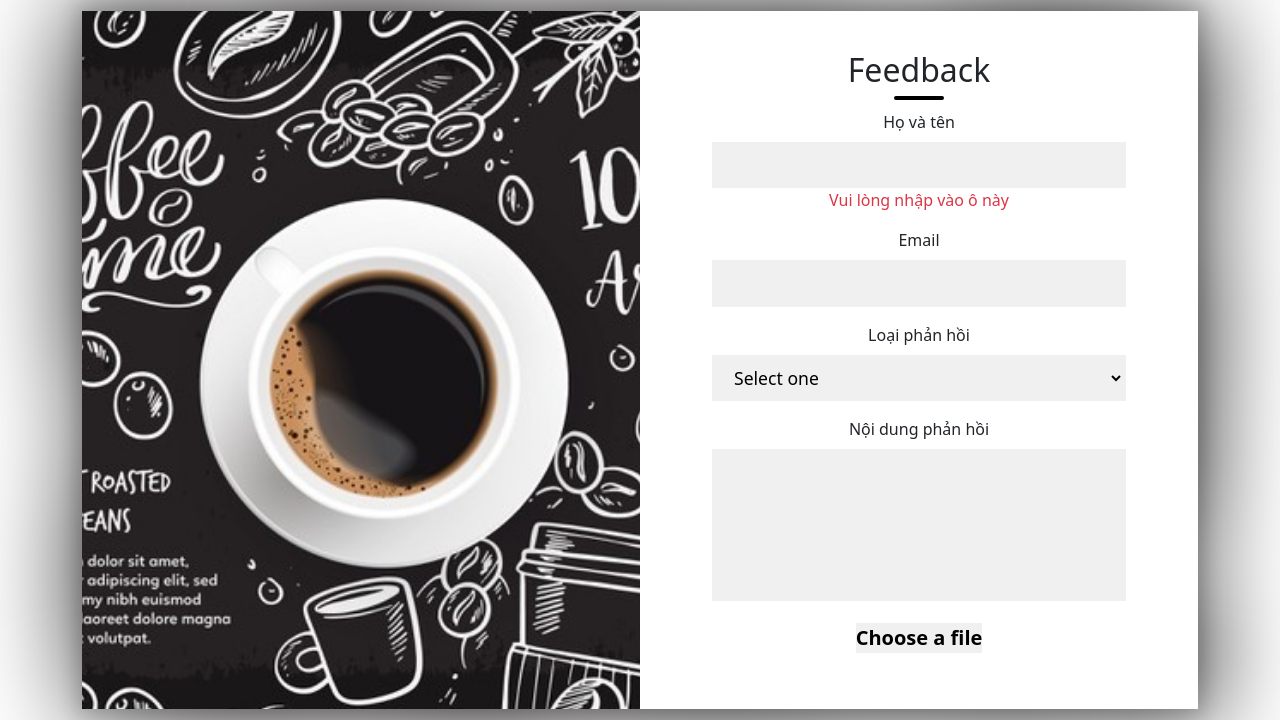
Repository: LeDongGyC/html-css
Page: HTML CSS/prototype/index.html
An editor plug-in stored every save of this project. The page is shown before and after a run of saves, followed by the edit.
The browser window is 1280 px wide. The pictures show the whole page.
The style sheet was rebuilt from its Sass, Less or Tailwind sources for each picture, by a compiler version that may differ from the author's.

Above is the page before, as saved 2023-05-24 10:31:05.

### HTML CSS/prototype/index.html
<!doctype html>
<html lang="en">

<head>
  <title>Title</title>
  <!-- Required meta tags -->
  <meta charset="utf-8">
  <meta name="viewport" content="width=device-width, initial-scale=1, shrink-to-fit=no">
  <link rel="stylesheet" href="style.css">
  <link rel="stylesheet" href="reset.css">
  <!-- <script src="index.js"></script> Bootstrap CSS v5.2.1 -->
  <script>
    var inputs = document.querySelectorAll('.inputfile');
    Array.prototype.forEach.call(inputs, function (input) {
      var label = input.nextElementSibling,
        labelVal = label.innerHTML;
      input.addEventListener('change', function (e) {
        var fileName = '';
        if (this.files && this.files.length > 1)
          fileName = (this.getAttribute('data-multiple-caption') || '').replace('{count}', this.files.length);
        else
          fileName = e.target.value.split('\\').pop();

        if (fileName)
          label.querySelector('span').innerHTML = fileName;
        else
          label.innerHTML = labelVal;
      });
    });
  </script>
  <link href="https://cdn.jsdelivr.net/npm/bootstrap@5.2.1/dist/css/bootstrap.min.css" rel="stylesheet"
    integrity="sha384-iYQeCzEYFbKjA/T2uDLTpkwGzCiq6soy8tYaI1GyVh/UjpbCx/TYkiZhlZB6+fzT" crossorigin="anonymous">

</head>

<body>
  <div class="container">
    <div class="feedback-box">
      <div class="feedback-box_left"></div>
      <div class="feedback-box_right">
        <h2 class="feedback-box_right-title">Feedback</h2>
        <div class="mb-3">
          <label for="name" class="form-label">Họ và tên</label>
          <input type="text" class=" feedback-box_right-item" name="" id="name" aria-describedby="helpId"
            placeholder="">
            <span class="text-danger">Vui lòng nhập vào ô này</span>
        </div>
        <div class="mb-3">
          <label for="email" class="form-label">Email</label>
          <input type="text" class=" feedback-box_right-item" name="" id="email" aria-describedby="helpId"
            placeholder="">
        </div>
        <div class="mb-3">
          <label for="" class="form-label">Loại phản hồi</label>
          <select class="feedback-box_right-item " name="" id="">
            <option selected disabled>Select one</option>
            <option value="" class="feedback-box_right-item-selected">Option 1</option>
            <option value="" class="feedback-box_right-item-selected">Option 2</option>
            <option value="" class="feedback-box_right-item-selected">Option 3</option>
          </select>
        </div>
        <div class="mb-3">
          <label for="feedback" class="form-label">Nội dung phản hồi</label>
          <textarea type="" class=" feedback-box_right-item" name="" id="feedback" aria-describedby="helpId"
            placeholder="" rows="5"></textarea>
        </div>
        <div class="mb-3">
          <input type="file" name="file" id="file" class="inputfile" data-multiple-caption="{count} files selected"
            multiple />
          <label for="file">Choose a file</label>
        </div>
      </div>
    </div>
  </div>
  <!-- Bootstrap JavaScript Libraries -->
  <!-- <script src="https://cdn.jsdelivr.net/npm/@popperjs/core@2.11.6/dist/umd/popper.min.js"
    integrity="sha384-oBqDVmMz9ATKxIep9tiCxS/Z9fNfEXiDAYTujMAeBAsjFuCZSmKbSSUnQlmh/jp3" crossorigin="anonymous">
    </script>

  <script src="https://cdn.jsdelivr.net/npm/bootstrap@5.2.1/dist/js/bootstrap.min.js"
    integrity="sha384-7VPbUDkoPSGFnVtYi0QogXtr74QeVeeIs99Qfg5YCF+TidwNdjvaKZX19NZ/e6oz" crossorigin="anonymous">
    </script> -->
</body>

</html>

### HTML CSS/prototype/style.scss
* {
  box-sizing: border-box;
}
html {
  font-size: 62.5%;
}
body {
  font-size: 1.6rem;
  font-family: "Arial", sans-serif;
  font-weight: normal;
  height: 100vh;
  width: 100%;
}
.container {
  position: relative;
  width: 180%;
  height: 100%;
  display: flex;
  justify-content: center;
  align-items: center;
  padding: 2rem 10rem;
  &::after {
    content: "";
    position: absolute;
    width: 100%;
    height: 100%;
    left: 0;
    top: 0;
    background: url("cafe.jpg") no-repeat center;
    background-size: cover;
    filter: blur(50px);
    z-index: -1;
  }
}
.feedback-box {
  max-width: 85rem;
  // min-width: 70vw;
  display: grid;
  grid-template-columns: repeat(2, 1fr);
  justify-content: center;
  align-items: center;
  text-align: center;
  background-color: #fff;
  box-shadow: 0px 0px 19px 5px rgba(0, 0, 0, 0.19);
  &_left {
    background: url("cafe.jpg") no-repeat center;
    display: block;
    background-size: cover;
    // object-fit: cover;
    height: 100%;
  }
  &_right {
    padding: 2.5rem 4.5rem;
    &-title {
      position: relative;
      padding: 0 0 10px;
      margin-bottom: 10px;
      &::after {
        content: "";
        position: absolute;
        left: 50%;
        bottom: 0;
        transform: translateX(-50%);
        height: 4px;
        width: 50px;
        border-radius: 2px;
        background-color: black;
      }
    }
    &-item {
      width: 100%;
      border: 2px solid rgba(0, 0, 0, 0);
      outline: none;
      background-color: rgba(230, 230, 230, 0.6);
      padding: 0.5rem 1rem;
      font-size: 1.1rem;
      //   margin-bottom: 22px;
      transition: 0.3s;
      &:hover {
        background-color: rgba(0, 0, 0, 0.1);
      }
      &:focus {
        border: 2px solid rgba(30, 85, 250, 0.47);
        background-color: #fff;
      }
      &:last-child {
        resize: none;
      }
    }
  }
}
.inputfile {
	width: 0.1px;
	height: 0.1px;
	opacity: 0;
	overflow: hidden;
	position: absolute;
	z-index: -1;
}
.inputfile + label {
    font-size: 1.25em;
    font-weight: 700;
    color: black;
    background-color: rgba(230, 230, 230, 0.6);
    display: inline-block;
    cursor: pointer;
}

.inputfile:focus + label,
.inputfile + label:hover {
  color: rgba(30, 85, 250, 0.47);
  background-color: rgba(0, 0, 0, 0.1);
}

Loaded but not shown: HTML CSS/prototype/reset.css (common file)

After the next 3 saves:
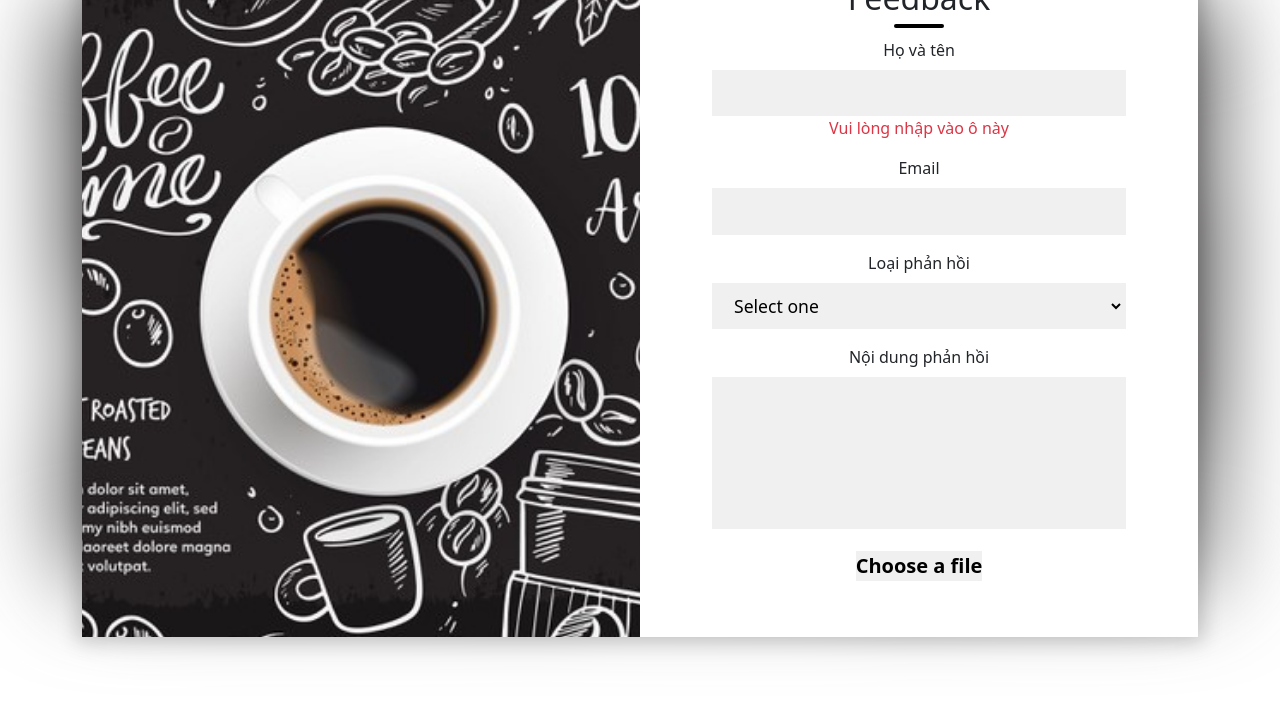
The 3 saves are shown as one change because they came seconds apart.
The last was saved 9 s later.
--- a/HTML CSS/prototype/style.scss
+++ b/HTML CSS/prototype/style.scss
@@ -13,8 +13,8 @@
 }
 .container {
   position: relative;
-  width: 180%;
-  height: 100%;
+  width: 80%;
+  height: 80%;
   display: flex;
   justify-content: center;
   align-items: center;
